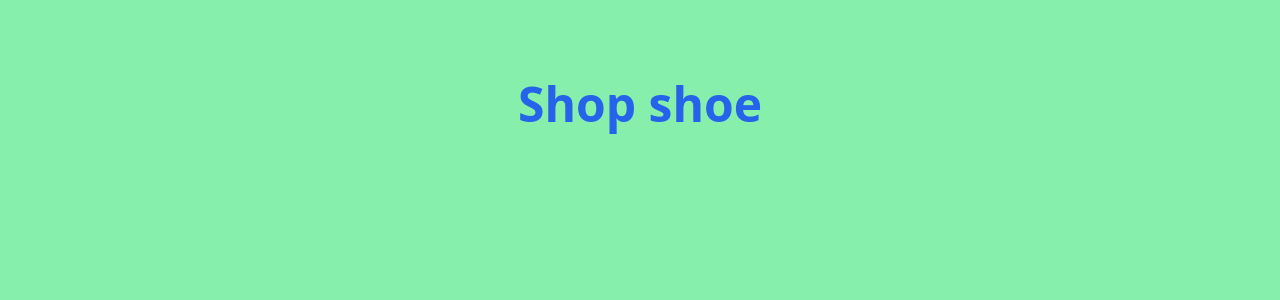
Repository: baobaodeveloper/bootcamp21_ShopShoe_HuynhAnhBao
Page: /
An editor plug-in stored every save of this project. The page is shown before and after the next save, followed by the edit.
The browser window is 1280 px wide. The pictures show the whole page.
The project was rebuilt for these pictures with package versions that can differ from the ones it lists, and the page was loaded fresh each time. Also part of the build but not shown: vite.config.js.

Above is the page before, as saved 2022-05-09 21:04:21.

### src/main.jsx
import React from "react";
import ReactDOM from "react-dom/client";
import App from "./App";
import "./index.scss";
import { Provider } from "react-redux";
import { store } from "./store";

ReactDOM.createRoot(document.getElementById("root")).render(
  <Provider store={store}>
    <React.StrictMode>
      <App />
    </React.StrictMode>
  </Provider>
);

### src/App.jsx
import ProductList from "./components/ProductList";

function App() {
  return <ProductList></ProductList>;
}

export default App;

### src/index.scss
@tailwind base;
@tailwind components;
@tailwind utilities;

@layer base {
  body {
    @apply bg-green-300;
  }
}

### src/store.jsx
import { createStore } from "redux";
import { rootReducer } from "./reducers";

export const store = createStore(rootReducer);

### src/components/ProductList.jsx
import React, { Component } from "react";
import { connect } from "react-redux";
import ProductItem from "./ProductItem";

const mapStateToProps = (state) => {
  return {
    shoeList: state.shoeReducer.shoeList,
  };
};
class ProductList extends Component {
  render() {
    const shoeList = this.props.shoeList;
    console.log(shoeList);
    return (
      <div className="p-10">
        <h1 className="my-10 text-5xl font-semibold text-center text-blue-600">
          Shop shoe
        </h1>
        <div className="grid grid-cols-3 gap-5">
          {shoeList.length > 0 &&
            shoeList.map((item) => (
              <ProductItem key={item.id} item={item}></ProductItem>
            ))}
        </div>
      </div>
    );
  }
}

export default connect(mapStateToProps, null)(ProductList);

### src/reducers/index.jsx
import { combineReducers } from "redux";
import shoeReducer from "./shoeReducer";

export const rootReducer = combineReducers({
  shoeReducer,
});

### src/components/ProductItem.jsx
import React, { Component } from "react";

export default class ProductItem extends Component {
  render() {
    const {} = this.props.item;
    return <div></div>;
  }
}

### src/reducers/shoeReducer.jsx
const initialState = {
  shoeList: [
    {
      id: 1,
      name: "Adidas Prophere",
      alias: "adidas-prophere",
      price: 350,
      description:
        "The adidas Primeknit upper wraps the foot with a supportive fit that enhances movement.\r\n\r\n",
      shortDescription:
        "The midsole contains 20% more Boost for an amplified Boost feeling.\r\n\r\n",
      quantity: 995,
      image: "http://svcy3.myclass.vn/images/adidas-prophere.png",
    },
    {
      id: 2,
      name: "Adidas Prophere Black White",
      alias: "adidas-prophere-black-white",
      price: 450,
      description:
        "The adidas Primeknit upper wraps the foot with a supportive fit that enhances movement.\r\n\r\n",
      shortDescription:
        "The midsole contains 20% more Boost for an amplified Boost feeling.\r\n\r\n",
      quantity: 990,
      image: "http://svcy3.myclass.vn/images/adidas-prophere-black-white.png",
    },
    {
      id: 3,
      name: "Adidas Prophere Customize",
      alias: "adidas-prophere-customize",
      price: 375,
      description:
        "The adidas Primeknit upper wraps the foot with a supportive fit that enhances movement.\r\n\r\n",
      shortDescription:
        "The midsole contains 20% more Boost for an amplified Boost feeling.\r\n\r\n",
      quantity: 415,
      image: "http://svcy3.myclass.vn/images/adidas-prophere-customize.png",
    },
    {
      id: 4,
      name: "Adidas Super Star Red",
      alias: "adidas-super-star-red",
      price: 465,
      description:
        "The adidas Primeknit upper wraps the foot with a supportive fit that enhances movement.\r\n\r\n",
      shortDescription:
        "The midsole contains 20% more Boost for an amplified Boost feeling.\r\n\r\n",
      quantity: 542,
      image: "http://svcy3.myclass.vn/images/adidas-super-star-red.png",
    },
    {
      id: 5,
      name: "Adidas Swift Run",
      alias: "adidas-swift-run",
      price: 550,
      description:
        "The adidas Primeknit upper wraps the foot with a supportive fit that enhances movement.\r\n\r\n",
      shortDescription:
        "The midsole contains 20% more Boost for an amplified Boost feeling.\r\n\r\n",
      quantity: 674,
      image: "http://svcy3.myclass.vn/images/adidas-swift-run.png",
    },
    {
      id: 6,
      name: "Adidas Tenisky Super Star",
      alias: "adidas-tenisky-super-star",
      price: 250,
      description:
        "The adidas Primeknit upper wraps the foot with a supportive fit that enhances movement.\r\n\r\n",
      shortDescription:
        "The midsole contains 20% more Boost for an amplified Boost feeling.\r\n\r\n",
      quantity: 456,
      image: "http://svcy3.myclass.vn/images/adidas-tenisky-super-star.png",
    },
    {
      id: 7,
      name: "Adidas Ultraboost 4",
      alias: "adidas-ultraboost-4",
      price: 450,
      description:
        "The adidas Primeknit upper wraps the foot with a supportive fit that enhances movement.\r\n\r\n",
      shortDescription:
        "The midsole contains 20% more Boost for an amplified Boost feeling.\r\n\r\n",
      quantity: 854,
      image: "http://svcy3.myclass.vn/images/adidas-ultraboost-4.png",
    },
    {
      id: 8,
      name: "Adidas Yeezy 350",
      alias: "adidas-yeezy-350",
      price: 750,
      description:
        "The adidas Primeknit upper wraps the foot with a supportive fit that enhances movement.\r\n\r\n",
      shortDescription:
        "The midsole contains 20% more Boost for an amplified Boost feeling.\r\n\r\n",
      quantity: 524,
      image: "http://svcy3.myclass.vn/images/adidas-yeezy-350.png",
    },
    {
      id: 9,
      name: "Nike Adapt BB",
      alias: "nike-adapt-bb",
      price: 630,
      description:
        "Nike shoe is the rare high-percentage shooter who's also a coach's dream on D. Designed for his unrivaled 2-way game, the PG 4 unveils a new cushioning system that's lightweight, articulated and responsive, ideal for players like PG who go hard every play.\r\n\r\n",
      shortDescription: "Paul George is the rare high-percentage shooter",
      quantity: 599,
      image: "http://svcy3.myclass.vn/images/nike-adapt-bb.png",
    },
    {
      id: 10,
      name: "Nike Air Max 97",
      alias: "nike-air-max-97",
      price: 650,
      description:
        "Nike shoe is the rare high-percentage shooter who's also a coach's dream on D. Designed for his unrivaled 2-way game, the PG 4 unveils a new cushioning system that's lightweight, articulated and responsive, ideal for players like PG who go hard every play.\r\n\r\n",
      shortDescription: "Paul George is the rare high-percentage shooter",
      quantity: 984,
      image: "http://svcy3.myclass.vn/images/nike-air-max-97.png",
    },
    {
      id: 11,
      name: "Nike Air Max 97 Blue",
      alias: "nike-air-max-97-blue",
      price: 450,
      description:
        "Nike shoe is the rare high-percentage shooter who's also a coach's dream on D. Designed for his unrivaled 2-way game, the PG 4 unveils a new cushioning system that's lightweight, articulated and responsive, ideal for players like PG who go hard every play.\r\n\r\n",
      shortDescription: "Paul George is the rare high-percentage shooter",
      quantity: 875,
      image: "http://svcy3.myclass.vn/images/nike-air-max-97-blue.png",
    },
    {
      id: 12,
      name: "Nike Air Max 270 React",
      alias: "nike-air-max-270-react",
      price: 750,
      description:
        "Nike shoe is the rare high-percentage shooter who's also a coach's dream on D. Designed for his unrivaled 2-way game, the PG 4 unveils a new cushioning system that's lightweight, articulated and responsive, ideal for players like PG who go hard every play.\r\n\r\n",
      shortDescription: "Paul George is the rare high-percentage shooter",
      quantity: 445,
      image: "http://svcy3.myclass.vn/images/nike-air-max-270-react.png",
    },
  ],
};

const shoeReducer = (state = initialState, action) => {
  switch (action.type) {
    case "SHOW_DETAIL": {
      return state;
    }
    case "ADD_SHOPPING_CARD": {
      return state;
    }
    case "SHOW_SHOPPING_CARD": {
      return state;
    }

    default:
      return state;
  }
};
export default shoeReducer;

Loaded but not shown: index.html (common file); tailwind.config.js (common file)

After the next save:
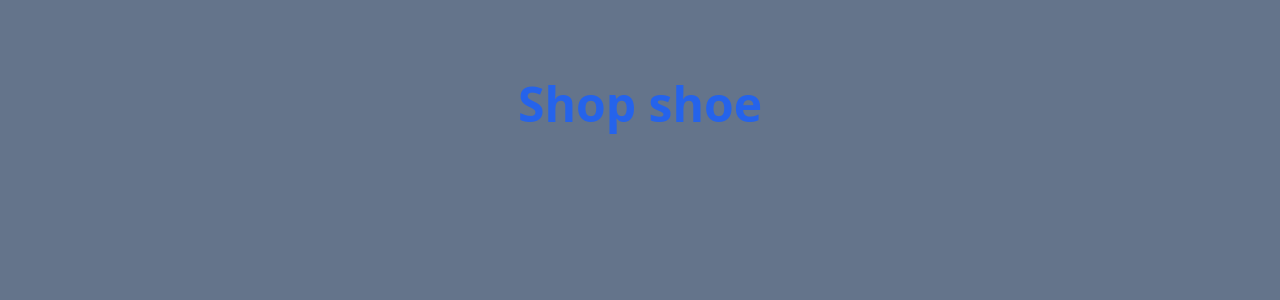
Saved 11 s later.
--- a/src/index.scss
+++ b/src/index.scss
@@ -4,6 +4,6 @@
 
 @layer base {
   body {
-    @apply bg-green-300;
+    @apply bg-slate-500;
   }
 }
